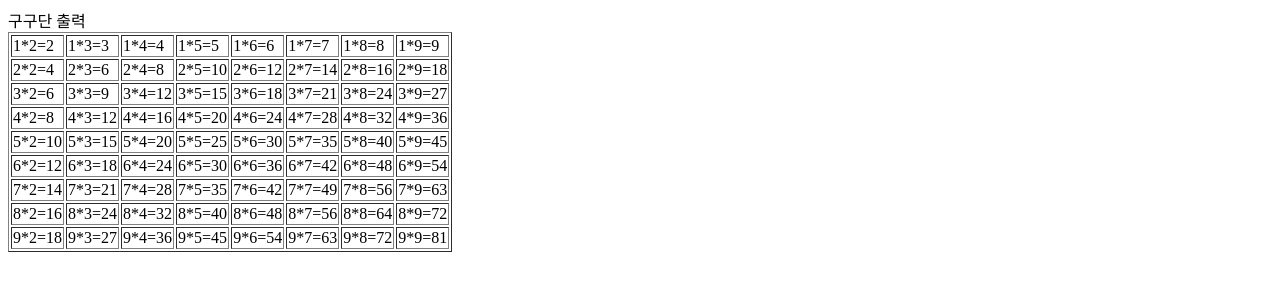
Repository: tngus3580/tngus3580
Page: http://localhost/20201109/ex0501.jsp
These files come from the project's save history. The page is drawn as it stood at one moment and after the next save; the edit follows.
The browser window is 1280 px wide. The pictures show the whole page.
The page is served by Tomcat 9.

Above is the page before, as saved 2020-11-09 02:26:41.

After the next save:
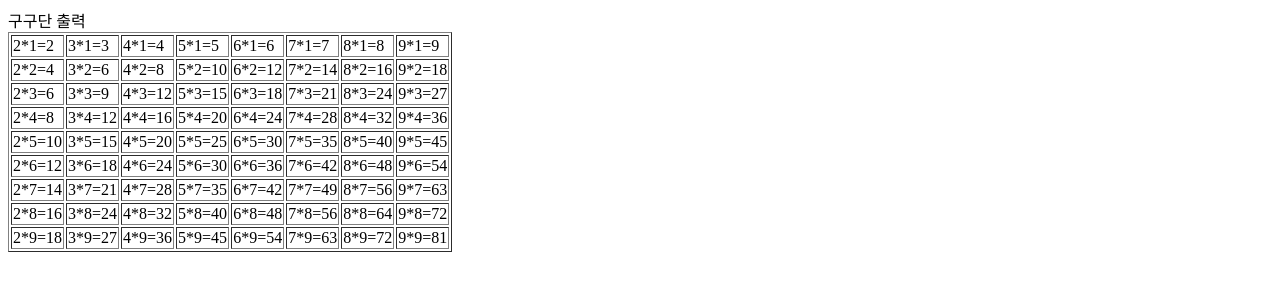
Saved 35 s later.
--- a/20201109/WebContent/ex0501.jsp
+++ b/20201109/WebContent/ex0501.jsp
@@ -10,9 +10,9 @@
 구구단 출력
 <table border="1">
 	<%
-		for(int i = 1; i< 10; i++){
+		for(int j = 1; j< 10; j++){
 			out.println("<tr>");
-			for(int j=2; j<10; j++){
+			for(int i=2; i<10; i++){
 				out.println("<td>"+i+"*"+j+"="+(j*i)+"</td>");
 			}
 			out.println("</tr>");
